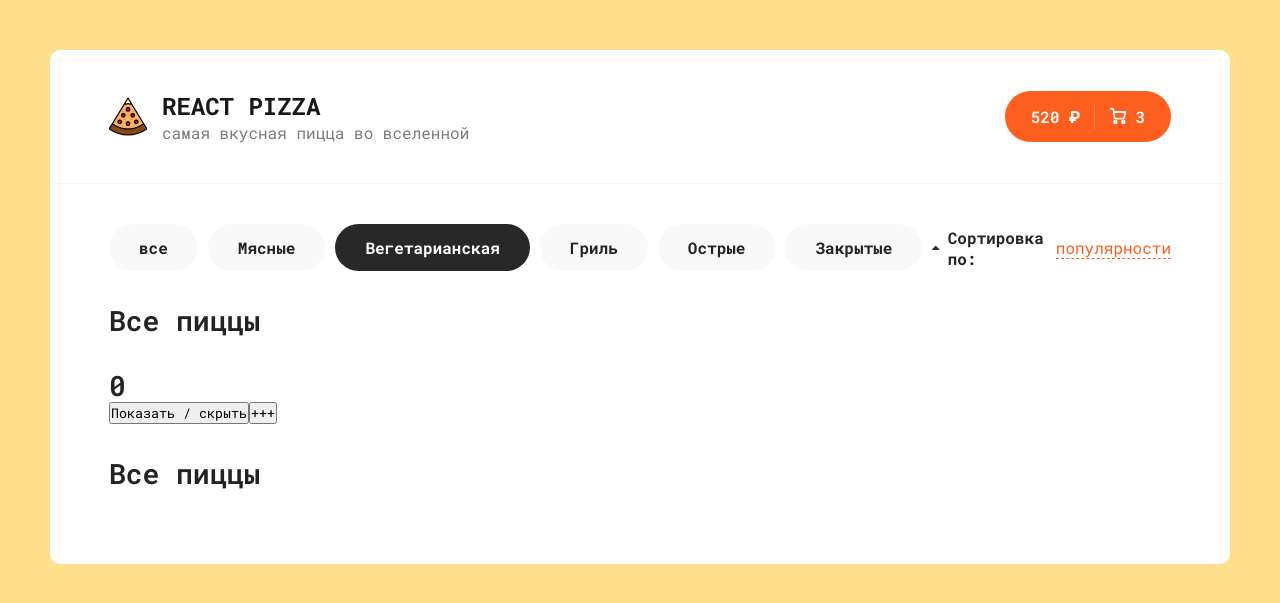
Repository: TI-IT/react-pizza2
Page: /
An editor plug-in stored every save of this project. The page is shown before and after the next save, followed by the edit.
The browser window is 1280 px wide. The pictures show the whole page.
The page's requests for data from a server got no answer. The project was rebuilt for these pictures with package versions that can differ from the ones it lists, and the page was loaded fresh each time. No one was signed in, and anything a server would have sent is missing. Also part of the build but not shown: src/components/PizzaBlock.jsx.

Above is the page before, as saved 2022-10-09 14:26:38.

### public/index.html
<!DOCTYPE html>
<html lang="en">
  <head>
    <meta charset="utf-8" />
    <link rel="icon" href="%PUBLIC_URL%/favicon.ico" />
    <link rel="preconnect" href="https://fonts.googleapis.com" />
    <link rel="preconnect" href="https://fonts.gstatic.com" crossorigin />
    <link
      href="https://fonts.googleapis.com/css2?family=Roboto+Mono:wght@300;400;500;600;700&display=swap"
      rel="stylesheet"
    />
    <meta name="viewport" content="width=device-width, initial-scale=1" />
    <meta name="theme-color" content="#000000" />
    <meta
      name="description"
      content="Web site created using create-react-app"
    />
    <link rel="apple-touch-icon" href="%PUBLIC_URL%/logo192.png" />
    <!--
      manifest.json provides metadata used when your web app is installed on a
      user's mobile device or desktop. See https://developers.google.com/web/fundamentals/web-app-manifest/
    -->
    <link rel="manifest" href="%PUBLIC_URL%/manifest.json" />
    <!--
      Notice the use of %PUBLIC_URL% in the tags above.
      It will be replaced with the URL of the `public` folder during the build.
      Only files inside the `public` folder can be referenced from the HTML.

      Unlike "/favicon.ico" or "favicon.ico", "%PUBLIC_URL%/favicon.ico" will
      work correctly both with client-side routing and a non-root public URL.
      Learn how to configure a non-root public URL by running `npm run build`.
    -->
    <title>React App</title>
  </head>
  <body>
    <noscript>You need to enable JavaScript to run this app.</noscript>
    <div id="root"></div>
    <!--
      This HTML file is a template.
      If you open it directly in the browser, you will see an empty page.

      You can add webfonts, meta tags, or analytics to this file.
      The build step will place the bundled scripts into the <body> tag.

      To begin the development, run `npm start` or `yarn start`.
      To create a production bundle, use `npm run build` or `yarn build`.
    -->
  </body>
</html>

### src/App.js
import React from 'react'
import './scss/app.scss'
import Header from './components/Header'
import Categories from './components/Categories'
import Sort from './components/Sort'
import PizzaBlock from './components/PizzaBlock'
import pizzas from './assets/pizza.json'

function App() {
  const [items, setItems] = React.useState([])

  const [count, setCount] = React.useState(0)
  const [visableH1, setVisableH1] = React.useState(true)
  const onClickVisable = () => {
    setVisableH1(tt => !tt)
  }

  const link = 'https://63427733ba4478d4783c44ef.mockapi.io/items'
  fetch(link)
    .then(res => {
      return res.json()
    })
    .then(json => {
      setItems(json)
    })

  return (
    <div className="wrapper">
      <Header />
      <div className="content">
        <div className="container">
          <div className="content__top">
            <Categories />
            <Sort />
          </div>

          {visableH1 && <h2 className="content__title">Все пиццы</h2>}
          <h2>{count}</h2>
          <button onClick={onClickVisable}>Показать / скрыть</button>
          <button onClick={() => setCount(count + 1)}>+++</button>

          <h2 className="content__title">Все пиццы</h2>
          <div className="content__items">
            {items.map(obj => (
              <PizzaBlock key={obj.id} {...obj} />
            ))}
          </div>
        </div>
      </div>
    </div>
  )
}

export default App

### src/scss/app.scss
@import './_variables.scss';
@import 'libs/_normalize.scss';

@import 'components/_all.scss';


body {
  background-color: $background;
}

.wrapper {
  width: calc(100vw - 100px);
  height: 100%;
  background-color: #fff;
  margin: 50px auto;
  border-radius: 10px;
  max-width: 1400px;
}

.content {
  padding: 40px 0;

  &__title {
    margin: 35px 0;
  }

  &__items {
    display: flex;
    flex-wrap: wrap;
    justify-content: space-between;
  }

  &__top {
    display: flex;
    align-items: center;
    justify-content: space-between;
  }
}

.container {
  width: $container-width;
  margin: 0 auto;

  &--cart {
    max-width: 820px;
    margin: 90px auto;
    .content__title {
      margin: 0;
    }
  }
}

.cart {
  &__top {
    display: flex;
    justify-content: space-between;
    align-items: center;
  }

  .content__title {
    display: flex;
    align-items: center;
    font-size: 32px;

    svg {
      position: relative;
      top: -2px;
      width: 30px;
      height: 30px;
      margin-right: 10px;
      path {
        stroke: $black;
        stroke-width: 1.9;
      }
    }
  }

  &__clear {
    display: flex;
    align-items: center;
    cursor: pointer;
    @include noselect();

    span {
      display: inline-block;
      margin-left: 7px;
      color: #b6b6b6;
      font-size: 18px;
    }

    span,
    svg,
    path {
      transition: all $duration ease-in-out;
    }

    &:hover {
      svg {
        path {
          stroke: darken($color: #b6b6b6, $amount: 50);
        }
      }
      span {
        color: darken($color: #b6b6b6, $amount: 50);
      }
    }
  }

  &__item {
    display: flex;
    width: 100%;
    border-top: 1px solid $gray-line;
    padding-top: 30px;
    margin-top: 30px;

    &-img {
      display: flex;
      align-items: center;
      margin-right: 15px;
      width: 10%;

      img {
        width: 80px;
        height: 80px;
      }
    }

    &-info {
      display: flex;
      flex-direction: column;
      justify-content: center;
      width: 40%;

      h3 {
        font-weight: bold;
        font-size: 22px;
        line-height: 27px;
        letter-spacing: 0.01em;
      }

      p {
        font-size: 18px;
        color: #8d8d8d;
      }
    }

    &-count {
      display: flex;
      align-items: center;
      justify-content: space-between;
      width: 13%;

      &-minus {
        svg {
          path:first-of-type {
            display: none;
          }
        }
      }

      b {
        font-size: 22px;
      }
    }

    &-price {
      display: flex;
      align-items: center;
      justify-content: center;
      width: 33%;

      b {
        font-weight: bold;
        font-size: 22px;
        letter-spacing: 0.01em;
      }
    }

    &-remove {
      display: flex;
      align-items: center;
      justify-content: flex-end;
      width: 4%;

      .button {
        border-color: darken($color: $gray-line, $amount: 10);
      }

      svg {
        transform: rotate(45deg);

        path {
          fill: darken($color: $gray-line, $amount: 15);
        }
      }

      .button {
        svg {
          width: 11.5px;
          height: 11.5px;
          position: relative;
        }
        &:hover,
        &:active {
          border-color: darken($color: $gray-line, $amount: 80);
          background-color: darken($color: $gray-line, $amount: 80);
        }
      }
    }
  }

  &__bottom {
    margin: 50px 0;

    &-details {
      display: flex;
      justify-content: space-between;

      span {
        font-size: 22px;

        &:last-of-type {
          b {
            color: $orange;
          }
        }
      }
    }

    &-buttons {
      display: flex;
      justify-content: space-between;
      margin-top: 40px;

      .go-back-btn {
        display: flex;
        align-items: center;
        justify-content: center;
        width: 210px;

        border-color: darken($color: $gray-line, $amount: 10);

        span {
          color: darken($color: $gray-line, $amount: 20);
          font-weight: 500;
          font-weight: 600;
        }

        &:hover {
          background-color: darken($color: $gray-line, $amount: 90);
          border-color: darken($color: $gray-line, $amount: 90);

          span {
            color: $gray-line;
          }
        }

        svg {
          margin-right: 12px;
          path {
            fill: transparent;
            stroke-width: 2;
          }
        }
      }

      .pay-btn {
        font-size: 16px;
        font-weight: 600;
        width: 210px;
        padding: 16px;
      }
    }
  }

  &--empty {
    margin: 0 auto;
    width: 560px;
    text-align: center;

    h2 {
      font-size: 32px;
      margin-bottom: 10px;
    }

    p {
      font-size: 18px;
      line-height: 145.4%;
      letter-spacing: 0.01em;
      color: #777777;
    }

    icon {
      position: relative;
      top: 2px;
    }

    img {
      display: block;
      width: 300px;
      margin: 45px auto 60px;
    }

    .button--black {
      padding: 12px 0 14px;
      width: 230px;
      margin: 0 auto;
      font-weight: 600;
      font-size: 18px;
    }
  }
}

### src/components/Header.jsx
import logoSVG from '../assets/img/pizza-logo.svg'

function Header() {
  return (
    <div className="header">
      <div className="container">
        <div className="header__logo">
          <img width="38" src={logoSVG} alt="Pizza logo" />
          <div>
            <h1>React Pizza</h1>
            <p>самая вкусная пицца во вселенной</p>
          </div>
        </div>
        <div className="header__cart">
          <a href="/cart.html" className="button button--cart">
            <span>520 ₽</span>
            <div className="button__delimiter"></div>
            <svg
              width="18"
              height="18"
              viewBox="0 0 18 18"
              fill="none"
              xmlns="http://www.w3.org/2000/svg">
              <path
                d="M6.33333 16.3333C7.06971 16.3333 7.66667 15.7364 7.66667 15C7.66667 14.2636 7.06971 13.6667 6.33333 13.6667C5.59695 13.6667 5 14.2636 5 15C5 15.7364 5.59695 16.3333 6.33333 16.3333Z"
                stroke="white"
                strokeWidth="1.8"
                strokeLinecap="round"
                strokeLinejoin="round"
              />
              <path
                d="M14.3333 16.3333C15.0697 16.3333 15.6667 15.7364 15.6667 15C15.6667 14.2636 15.0697 13.6667 14.3333 13.6667C13.597 13.6667 13 14.2636 13 15C13 15.7364 13.597 16.3333 14.3333 16.3333Z"
                stroke="white"
                strokeWidth="1.8"
                strokeLinecap="round"
                strokeLinejoin="round"
              />
              <path
                d="M4.78002 4.99999H16.3334L15.2134 10.5933C15.1524 10.9003 14.9854 11.176 14.7417 11.3722C14.4979 11.5684 14.1929 11.6727 13.88 11.6667H6.83335C6.50781 11.6694 6.1925 11.553 5.94689 11.3393C5.70128 11.1256 5.54233 10.8295 5.50002 10.5067L4.48669 2.82666C4.44466 2.50615 4.28764 2.21182 4.04482 1.99844C3.80201 1.78505 3.48994 1.66715 3.16669 1.66666H1.66669"
                stroke="white"
                strokeWidth="1.8"
                strokeLinecap="round"
                strokeLinejoin="round"
              />
            </svg>
            <span>3</span>
          </a>
        </div>
      </div>
    </div>
  )
}

export default Header

### src/components/Categories.jsx
import React from 'react'

function Categories() {
  const [activeIndex, setActivIndex] = React.useState(2)

  const categories = ['все', 'Мясные', 'Вегетарианская', 'Гриль', 'Острые', 'Закрытые']

  const onClickCategory = index => {
    setActivIndex(index)
  }
  return (
    <div className="categories">
      <ul>
        {categories.map((value, i) => (
          <li
            key={i}
            onClick={() => onClickCategory(i)}
            className={activeIndex === i ? 'active' : ''}>
            {value}
          </li>
        ))}
      </ul>
    </div>
  )
}
export default Categories

### src/components/Sort.jsx
import React from 'react'

function Sort() {
  const [open, setOpen] = React.useState(false)
  const [selected, setSelected] = React.useState(0)
  const list = ['популярности', 'цене', 'алфавиту']
  const sortName = list[selected]

  const onClickListItem = i => {
    setSelected(i)
    setOpen(false)
  }

  return (
    <div className="sort">
      <div className="sort__label">
        <svg
          width="10"
          height="6"
          viewBox="0 0 10 6"
          fill="none"
          xmlns="http://www.w3.org/2000/svg">
          <path
            d="M10 5C10 5.16927 9.93815 5.31576 9.81445 5.43945C9.69075 5.56315 9.54427 5.625 9.375 5.625H0.625C0.455729 5.625 0.309245 5.56315 0.185547 5.43945C0.061849 5.31576 0 5.16927 0 5C0 4.83073 0.061849 4.68424 0.185547 4.56055L4.56055 0.185547C4.68424 0.061849 4.83073 0 5 0C5.16927 0 5.31576 0.061849 5.43945 0.185547L9.81445 4.56055C9.93815 4.68424 10 4.83073 10 5Z"
            fill="#2C2C2C"
          />
        </svg>
        <b>Сортировка по:</b>
        <span onClick={() => setOpen(!open)}>{sortName}</span>
      </div>
      {open && (
        <div className="sort__popup">
          <ul>
            {list.map((name, i) => (
              <li
                key={i}
                onClick={() => onClickListItem(i)}
                className={selected === i ? 'active' : ''}>
                {name}
              </li>
            ))}
          </ul>
        </div>
      )}
    </div>
  )
}

export default Sort

### src/scss/libs/_normalize.scss
* {
  padding: 0;
  margin: 0;
  list-style: none;
  outline: none;
  font-family: 'Roboto Mono', Roboto, system-ui, Tahoma, sans-serif;
  box-sizing: border-box;
}

html {
  -ms-text-size-adjust: 100%;
  -webkit-text-size-adjust: 100%;
}

body {
  -moz-osx-font-smoothing: grayscale;
  -webkit-font-smoothing: antialiased;
  color: $black;
}

a,
span,
p,
b,
h1,
h2,
h3,
h4,
h5 {
  color: $black;
}

h1 {
  font-size: 48px;
}

h2 {
  font-weight: 600;
  font-size: 28px;
  line-height: 30px;
}

a {
  text-decoration: none;
}

@mixin noselect {
  -webkit-touch-callout: none; /* iOS Safari */
  -webkit-user-select: none; /* Safari */
  -khtml-user-select: none; /* Konqueror HTML */
  -moz-user-select: none; /* Old versions of Firefox */
  -ms-user-select: none; /* Internet Explorer/Edge */
  user-select: none; /* Non-prefixed version, currently
                                  supported by Chrome, Opera and Firefox */
}

### src/scss/components/_button.scss
@import '../variables.scss';

.button {
  display: inline-block;
  background-color: $orange;
  border-radius: 30px;
  padding: 10px 20px;
  min-width: 100px;
  text-align: center;
  cursor: pointer;
  transition: background-color $duration ease-in-out, border-color $duration ease-in-out;
  border: 1px solid transparent;
  @include noselect();

  &,
  span {
    color: #fff;
  }

  i,
  span,
  path,
  svg {
    transition: all $duration ease-in-out;
  }

  &:hover {
    background-color: darken($orange, 8%);
  }

  &:active {
    background-color: darken($orange, 12%);
    transform: translateY(1px);
  }

  &--circle {
    display: flex;
    align-items: center;
    justify-content: center;
    width: 32px;
    height: 32px;
    min-width: 32px;
    padding: 0;
    border-width: 2px;
  }

  &--black {
    background-color: $black;

    &:hover,
    &:active {
      background-color: lighten($color: $black, $amount: 10);
    }
  }

  &--outline {
    background-color: #fff;
    border-color: $orange;
    &,
    span {
      color: $orange;
    }

    svg {
      path {
        fill: $orange;
      }
    }

    &:hover {
      background-color: $orange;

      &,
      span {
        color: #fff;
      }

      svg {
        path {
          fill: #fff;
        }
      }
    }

    &:active {
      background-color: darken($orange, 8%);
    }
  }

  &__delimiter {
    width: 1px;
    height: 25px;
    background-color: rgba(255, 255, 255, 0.25);
    margin-left: 14px;
    margin-right: 14px;
  }

  &--add {
    svg {
      margin-right: 2px;
    }

    span {
      font-weight: 600;
      font-size: 16px;
    }

    &:hover {
      i {
        background-color: #fff;
        color: $orange;
      }
    }

    i {
      display: inline-block;
      border-radius: 30px;
      background-color: $orange;
      color: #fff;
      font-weight: 600;
      width: 22px;
      height: 22px;
      font-style: normal;
      font-size: 13px;
      line-height: 22px;
      position: relative;
      top: -1px;
      left: 3px;
    }
  }

  &--cart {
    display: flex;
    align-items: center;
    line-height: 23px;
    padding: 12px 25px;

    svg {
      margin-right: 8px;
      margin-bottom: 1px;
    }

    span {
      font-weight: 600;
      font-size: 16px;
    }
  }
}

### src/scss/components/_sort.scss
@import '../variables.scss';

.sort {
  position: relative;
  &__label {
    display: flex;
    align-items: center;

    svg {
      margin-right: 8px;
    }

    b {
      margin-right: 8px;
    }

    span {
      color: $orange;
      border-bottom: 1px dashed $orange;
      cursor: pointer;
    }
  }

  &__popup {
    position: absolute;
    right: 0;
    margin-top: 15px;
    background: #ffffff;
    box-shadow: 0px 5px 15px rgba(0, 0, 0, 0.09);
    border-radius: 10px;
    overflow: hidden;
    padding: 10px 0;
    width: 160px;

    ul {
      overflow: hidden;
      li {
        padding: 12px 20px;
        cursor: pointer;

        &.active,
        &:hover {
          background: rgba(254, 95, 30, 0.05);
        }

        &.active {
          font-weight: bold;
          color: $orange;
        }
      }
    }
  }
}

### src/scss/components/_pizza-block.scss
@import '../variables.scss';

.pizza-block {
  width: 280px;
  text-align: center;
  margin-bottom: 65px;

  &:not(:nth-of-type(4n)) {
    margin-right: 35px;
  }

  &__image {
    width: 260px;
  }

  &__title {
    font-size: 20px;
    font-weight: 900;
    letter-spacing: 1%;
    margin-bottom: 20px;
  }

  &__selector {
    display: flex;
    background-color: #f3f3f3;
    border-radius: 10px;
    flex-direction: column;
    padding: 6px;

    ul {
      display: flex;
      flex: 1;

      &:first-of-type {
        margin-bottom: 6px;
      }

      li {
        padding: 8px;
        flex: 1;
        cursor: pointer;
        font-weight: 600;
        font-size: 14px;
        @include noselect();
        &.active {
          background: #ffffff;
          box-shadow: 0px 2px 4px rgba(0, 0, 0, 0.04);
          border-radius: 5px;
          cursor: auto;
        }
      }
    }
  }

  &__bottom {
    display: flex;
    align-items: center;
    justify-content: space-between;
    margin-top: 20px;
  }

  &__price {
    font-weight: bold;
    font-size: 22px;
    line-height: 27px;
    letter-spacing: 0.015em;
  }
}

Loaded but not shown: src/index.js (common file); src/assets/pizza.json (common file); src/scss/_variables.scss (common file); src/scss/components/_all.scss (common file); src/scss/components/_header.scss (common file); src/scss/components/_categories.scss (common file)

After the next save:
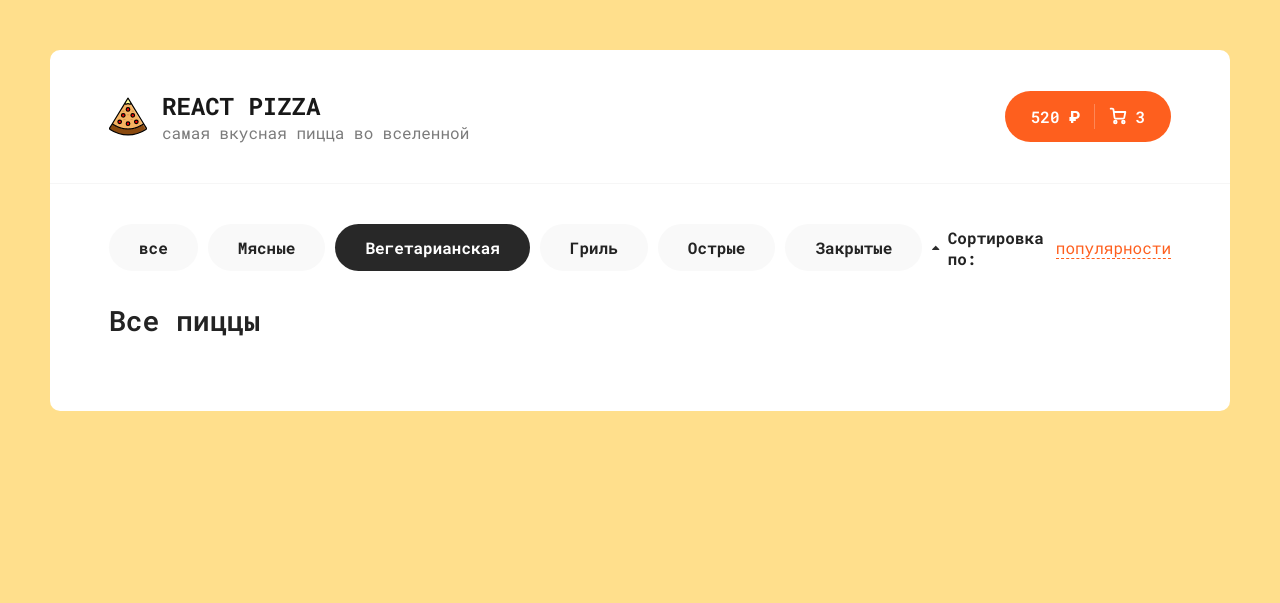
Saved 13 s later.
--- a/src/App.js
+++ b/src/App.js
@@ -33,12 +33,6 @@ function App() {
             <Categories />
             <Sort />
           </div>
-
-          {visableH1 && <h2 className="content__title">Все пиццы</h2>}
-          <h2>{count}</h2>
-          <button onClick={onClickVisable}>Показать / скрыть</button>
-          <button onClick={() => setCount(count + 1)}>+++</button>
-
           <h2 className="content__title">Все пиццы</h2>
           <div className="content__items">
             {items.map(obj => (
